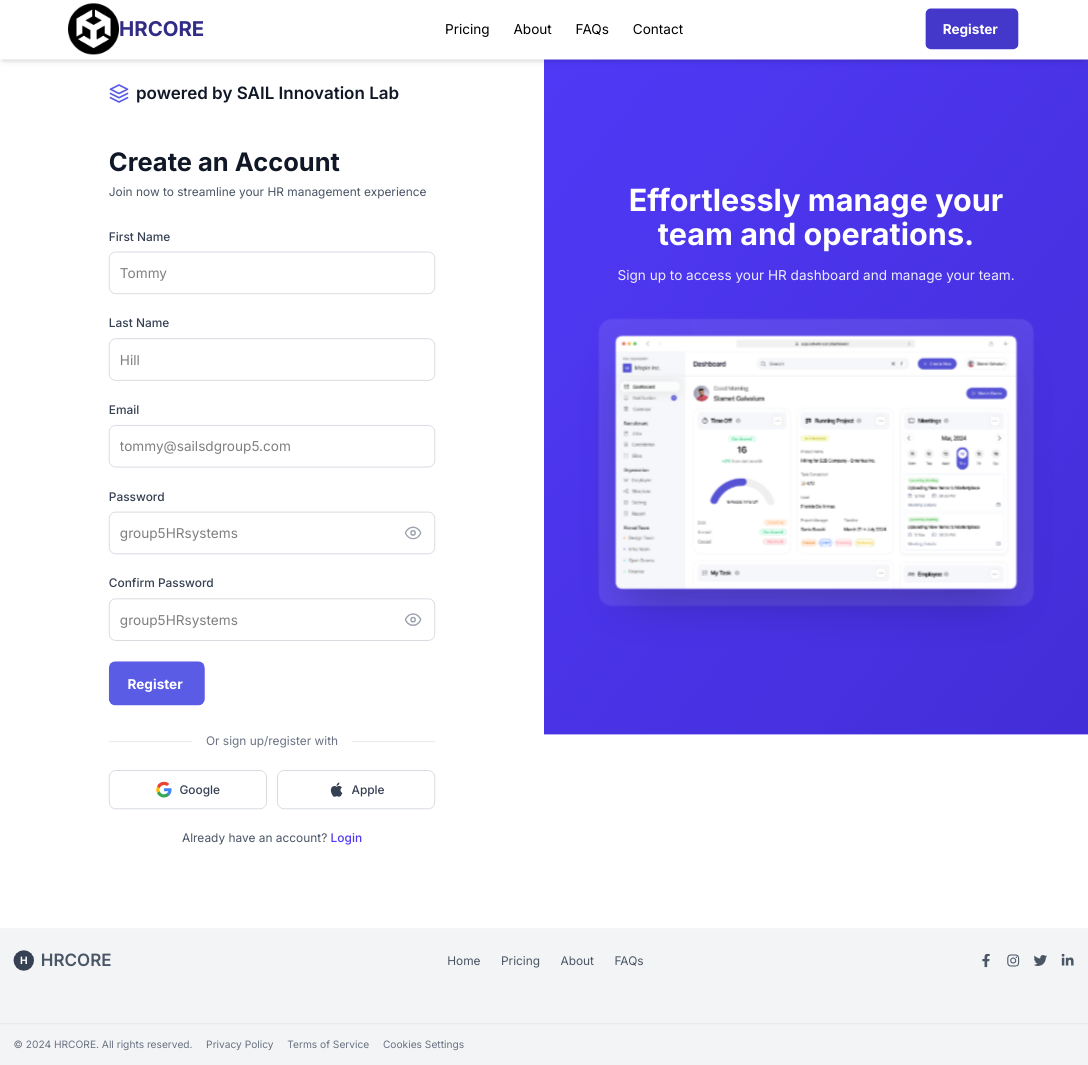
Repository: SAIL-GROUP-5-HR-WEB-APP/HR-WEB
Page: /signup
The author's editor kept a copy of each file at every save. The page is drawn from the files as they stood at one save, then again after the next save.
The browser window is 1280 px wide. The pictures show the whole page, at 85% of full size.
The project was rebuilt for these pictures with package versions that can differ from the ones it lists, and the page was loaded fresh each time. Also part of the build but not shown: vite.config.ts, src/Components/Block/home/Hero.tsx, src/Components/Block/home/Companies.tsx, src/Components/Block/home/Body.tsx, src/Components/Block/home/HowItWorks.tsx, src/Components/Block/home/HowOne.tsx, src/Components/Block/home/HowTwo.tsx, src/Components/Block/home/Testimonial.tsx and 8 more.

Above is the page before, as saved 2025-08-11 09:25:39.

### index.html
<!DOCTYPE html>
<html lang="en">
  <head>
    <meta charset="UTF-8" />
    <link rel="icon" type="image/svg+xml" href="/vite.svg" />
    <meta name="viewport" content="width=device-width, initial-scale=1.0" />
    <title>Vite + React + TS</title>
    <link rel="preconnect" href="https://fonts.googleapis.com" />
    <link rel="preconnect" href="https://fonts.gstatic.com" crossorigin />
    <link
      href="https://fonts.googleapis.com/css2?family=Inter:ital,opsz,wght@0,14..32,100..900;1,14..32,100..900&display=swap"
      rel="stylesheet"
    />
  </head>
  <body>
    <div id="root"></div>
    <script type="module" src="/src/main.tsx"></script>
  </body>
</html>

### src/App.tsx
import React from "react";
import Home from "./Pages/Home";
import About from "./Pages/About";
import Pricing from "./Pages/Pricing";
import Faqs from "./Pages/Faqs";
import { BrowserRouter, Routes, Route } from "react-router-dom";
import Header from "./Static/Header";
import Footer from "./Static/Footer";
import LoginPage from "./Pages/LoginPage";
import SignupPage from "./Pages/SignupPage";
import Onboarding from "./Pages/Onboarding";
import Contact from "./Pages/Contact";

const App = () => {
  return (
    <div>
      <BrowserRouter>
        <Header />
        <Routes>
          <Route path="/" element={<Home />} />
          <Route path="/about" element={<About />} />
          <Route path="/pricing" element={<Pricing />} />
          <Route path="/faqs" element={<Faqs />} />
          <Route path="/login" element={<LoginPage />} />
          <Route path="/signup" element={<SignupPage />} />
          <Route path="/onboarding" element={<Onboarding />} />
          <Route path="/contact" element={<Contact />} />
        </Routes>
        <Footer />
      </BrowserRouter>
    </div>
  );
};

export default App;

### src/index.css
@tailwind base;
@tailwind components;
@tailwind utilities;

@import "tailwindcss";

@theme {
  --breakpoint-tablet: 800px;
  --breakpoint-mobile: 500px;
}

:root {
  line-height: 1.5;
  font-weight: 400;
}

body {
  margin: 0;
  font-family: "Inter", sans-serif;
}

### src/Static/Header.tsx
import React, { useState } from "react";
import { Link } from "react-router-dom";

import { RxHamburgerMenu, RxCross1 } from "react-icons/rx";
import Sidebar from "./Sidebar";
import logo from "../assets/hrlogo.png";
import Button from "../Components/Reuseable/Button";

const Header: React.FC = () => {
  const [toggle, setToggle] = useState(false);

  const handleToggle = () => {
    setToggle((prev) => !prev);
  };

  return (
    <header className="shadow-md h-[70px] fixed top-0 right-0 left-0 bg-white z-40">
      <div className="max-w-[1280px] mx-auto px-20 flex items-center justify-between py-1 ">
        <Link to="/">
          {" "}
          <div className="flex items-center">
            <img src={logo} alt="" className="w-[60px]" />
            <span className="font-bold text-2xl text-indigo-900">HRCORE</span>
          </div>
        </Link>

        <div className="flex gap-7 max-[990px]:hidden ">
          <Link to="/pricing">
            {" "}
            <nav>Pricing</nav>
          </Link>
          <Link to="/about">
            <nav>About</nav>
          </Link>
          <Link to="/faqs">
            {" "}
            <nav>FAQs</nav>
          </Link>
          <Link to="/contact">
            {" "}
            <nav>Contact</nav>
          </Link>
        </div>
        <div className="max-[990px]:hidden ">
          <Link to="/signup">
            <Button
              title="Register"
              bg="#4338CA"
              textColor="white"
              borderColor="white"
              hoverr=" hover:scale-105"
            />
          </Link>
        </div>
        <section className=" hidden max-[990px]:block">
          {toggle ? (
            <RxCross1 size={35} onClick={handleToggle} />
          ) : (
            <RxHamburgerMenu size={35} onClick={handleToggle} />
          )}
        </section>
      </div>
      <div>{toggle && <Sidebar handleToggle={handleToggle} />}</div>
    </header>
  );
};

export default Header;

### src/Pages/SignupPage.tsx
import React, { useState } from 'react';
import Logo from '../Components/Reuseable/Logo';
import PasswordInput from '../Components/Reuseable/PasswordInput';
import SocialButton from '../Components/Reuseable/SocialButton';
import Button from '../Components/Reuseable/Button';

// Define the shape of the form data for type safety
interface FormData {
  firstName: string;
  lastName: string;
  email: string;
  password: string;
  confirmPassword: string;
}

// Main SignupPage component for user registration
const SignupPage: React.FC = () => {
  // State for form inputs
  const [formData, setFormData] = useState<FormData>({
    firstName: '',
    lastName: '',
    email: '',
    password: '',
    confirmPassword: '',
  });

  // State for form errors
  const [errors, setErrors] = useState<Partial<FormData>>({});
  // State for password visibility
  const [showPassword, setShowPassword] = useState(false);
  const [showConfirmPassword, setShowConfirmPassword] = useState(false);
  // State for submission status
  const [submitError, setSubmitError] = useState<string | null>(null);

  // Validate form inputs
  const validateForm = (): boolean => {
    const newErrors: Partial<FormData> = {};
    if (!formData.firstName.trim()) {
      newErrors.firstName = 'First name is required';
    }
    if (!formData.lastName.trim()) {
      newErrors.lastName = 'Last name is required';
    }
    if (!formData.email.trim()) {
      newErrors.email = 'Email is required';
    } else if (!/^[^\s@]+@[^\s@]+\.[^\s@]+$/.test(formData.email)) {
      newErrors.email = 'Invalid email format';
    }
    if (!formData.password) {
      newErrors.password = 'Password is required';
    } else if (formData.password.length < 8) {
      newErrors.password = 'Password must be at least 8 characters';
    }
    if (formData.password !== formData.confirmPassword) {
      newErrors.confirmPassword = 'Passwords do not match';
    }
    setErrors(newErrors);
    return Object.keys(newErrors).length === 0;
  };

  // Handle input changes for form fields
  const handleInputChange = (e: React.ChangeEvent<HTMLInputElement>) => {
    const { name, value } = e.target;
    setFormData((prev) => ({
      ...prev,
      [name]: value,
    }));
    // Clear error for the field being edited
    setErrors((prev) => ({ ...prev, [name]: undefined }));
  };

  // Handle form submission
  const handleSubmit = async (e: React.FormEvent) => {
    e.preventDefault();
    setSubmitError(null);

    if (!validateForm()) {
      return;
    }

    try {
      console.log('Form submitted:', formData);
      // TODO: Replace with API call to backend
      // Example:
      // const response = await fetch('/api/signup', {
      //   method: 'POST',
      //   headers: { 'Content-Type': 'application/json' },
      //   body: JSON.stringify(formData),
      // });
      // if (!response.ok) throw new Error('Signup failed');
      // Redirect to dashboard, e.g.:
      // window.location.href = '/dashboard';
    } catch (error) {
      setSubmitError('An error occurred during signup. Please try again.');
    }
  };

  // Handle Google signup
  const handleGoogleSignup = () => {
    console.log('Signup with Google');
    // TODO: Add Google OAuth integration
  };

  // Handle Apple signup
  const handleAppleSignup = () => {
    console.log('Signup with Apple');
    // TODO: Add Apple OAuth integration
  };

  return (
    // Main container with padding for Header and Footer
    <div className="flex min-h-screen bg-white lg:flex-row flex-col pt-16 pb-16">
      {/* Form Section */}
      <div className="lg:w-1/2 w-full max-w-md mx-auto p-8 flex flex-col justify-center">
        {/* Logo */}
        <div className="mb-12">
          <Logo />
        </div>

        {/* Form Content */}
        <div className="max-w-sm mx-auto w-full">
          {/* Form Header */}
          <div className="mb-8 text-left">
            <h1 className="text-3xl font-bold text-gray-900 mb-2">Create an Account</h1>
            <p className="text-sm text-gray-600">
              Join now to streamline your HR management experience
            </p>
          </div>

          {/* Submission Error */}
          {submitError && (
            <p className="text-sm text-red-500 mb-4" role="alert">
              {submitError}
            </p>
          )}

          {/* Signup Form */}
          <form className="flex flex-col gap-6 mb-8" onSubmit={handleSubmit} noValidate>
            {/* First Name Input */}
            <div className="flex flex-col gap-2">
              <label htmlFor="firstName" className="text-sm font-medium text-gray-700">
                First Name
              </label>
              <input
                type="text"
                id="firstName"
                name="firstName"
                placeholder="Tommy"
                value={formData.firstName}
                onChange={handleInputChange}
                required
                aria-invalid={!!errors.firstName}
                aria-describedby={errors.firstName ? 'firstName-error' : undefined}
                className={`p-3 border ${errors.firstName ? 'border-red-500' : 'border-gray-300'} rounded-lg focus:outline-none focus:ring-2 focus:ring-indigo-500 focus:border-indigo-500 transition`}
              />
              {errors.firstName && (
                <p id="firstName-error" className="text-sm text-red-500 mt-1">
                  {errors.firstName}
                </p>
              )}
            </div>

            {/* Last Name Input */}
            <div className="flex flex-col gap-2">
              <label htmlFor="lastName" className="text-sm font-medium text-gray-700">
                Last Name
              </label>
              <input
                type="text"
                id="lastName"
                name="lastName"
                placeholder="Hill"
                value={formData.lastName}
                onChange={handleInputChange}
                required
                aria-invalid={!!errors.lastName}
                aria-describedby={errors.lastName ? 'lastName-error' : undefined}
                className={`p-3 border ${errors.lastName ? 'border-red-500' : 'border-gray-300'} rounded-lg focus:outline-none focus:ring-2 focus:ring-indigo-500 focus:border-indigo-500 transition`}
              />
              {errors.lastName && (
                <p id="lastName-error" className="text-sm text-red-500 mt-1">
                  {errors.lastName}
                </p>
              )}
            </div>

            {/* Email Input */}
            <div className="flex flex-col gap-2">
              <label htmlFor="email" className="text-sm font-medium text-gray-700">
                Email
              </label>
              <input
                type="email"
                id="email"
                name="email"
                placeholder="tommy@sailsdgroup5.com"
                value={formData.email}
                onChange={handleInputChange}
                required
                aria-invalid={!!errors.email}
                aria-describedby={errors.email ? 'email-error' : undefined}
                className={`p-3 border ${errors.email ? 'border-red-500' : 'border-gray-300'} rounded-lg focus:outline-none focus:ring-2 focus:ring-indigo-500 focus:border-indigo-500 transition`}
              />
              {errors.email && (
                <p id="email-error" className="text-sm text-red-500 mt-1">
                  {errors.email}
                </p>
              )}
            </div>

            {/* Password Input */}
            <PasswordInput
              label="Password"
              id="password"
              name="password"
              placeholder="group5HRsystems"
              value={formData.password}
              onChange={handleInputChange}
              showPassword={showPassword}
              toggleShowPassword={() => setShowPassword(!showPassword)}
              error={errors.password}
            />

            {/* Confirm Password Input */}
            <PasswordInput
              label="Confirm Password"
              id="confirmPassword"
              name="confirmPassword"
              placeholder="group5HRsystems"
              value={formData.confirmPassword}
              onChange={handleInputChange}
              showPassword={showConfirmPassword}
              toggleShowPassword={() => setShowConfirmPassword(!showConfirmPassword)}
              error={errors.confirmPassword}
            />

            {/* Submit Button */}
            <Button
              title="Register"
              bg="#5B5CE6"
              textColor="white"
              borderColor="transparent"
              hoverr="hover:bg-indigo-700"
            />
          </form>

          {/* Divider */}
          <div className="flex items-center my-6">
            <div className="flex-1 h-px bg-gray-200"></div>
            <span className="px-4 text-sm text-gray-500 bg-white">Or sign up/register with</span>
            <div className="flex-1 h-px bg-gray-200"></div>
          </div>

          {/* Social Login Buttons */}
          <div className="flex gap-3 mb-6 lg:flex-row flex-col">
            <SocialButton
              icon={
                <svg width="20" height="20" viewBox="0 0 24 24" aria-hidden="true">
                  <path
                    d="M22.56 12.25c0-.78-.07-1.53-.2-2.25H12v4.26h5.92c-.26 1.37-1.04 2.53-2.21 3.31v2.77h3.57c2.08-1.92 3.28-4.74 3.28-8.09z"
                    fill="#4285F4"
                  />
                  <path
                    d="M12 23c2.97 0 5.46-.98 7.28-2.66l-3.57-2.77c-.98.66-2.23 1.06-3.71 1.06-2.86 0-5.29-1.93-6.16-4.53H2.18v2.84C3.99 20.53 7.7 23 12 23z"
                    fill="#34A853"
                  />
                  <path
                    d="M5.84 14.09c-.22-.66-.35-1.36-.35-2.09s.13-1.43.35-2.09V7.07H2.18C1.43 8.55 1 10.22 1 12s.43 3.45 1.18 4.93l2.85-2.22.81-.62z"
                    fill="#FBBC05"
                  />
                  <path
                    d="M12 5.38c1.62 0 3.06.56 4.21 1.64l3.15-3.15C17.45 2.09 14.97 1 12 1 7.7 1 3.99 3.47 2.18 7.07l3.66 2.84c.87-2.6 3.3-4.53 6.16-4.53z"
                    fill="#EA4335"
                  />
                </svg>
              }
              text="Google"
              onClick={handleGoogleSignup}
            />
            <SocialButton
              icon={
                <svg width="20" height="20" viewBox="0 0 24 24" fill="currentColor" aria-hidden="true">
                  <path d="M18.71 19.5C17.88 20.74 17 21.95 15.66 21.97C14.32 22 13.89 21.18 12.37 21.18C10.84 21.18 10.37 21.95 9.1 22C7.79 22.05 6.8 20.68 5.96 19.47C4.25 17 2.94 12.45 4.7 9.39C5.57 7.87 7.13 6.91 8.82 6.88C10.1 6.86 11.32 7.75 12.11 7.75C12.89 7.75 14.37 6.68 15.92 6.84C16.57 6.87 18.39 7.1 19.56 8.82C19.47 8.88 17.39 10.1 17.41 12.63C17.44 15.65 20.06 16.66 20.09 16.67C20.06 16.74 19.67 18.11 18.71 19.5ZM13 3.5C13.73 2.67 14.94 2.04 15.94 2C16.07 3.17 15.6 4.35 14.9 5.19C14.21 6.04 13.07 6.7 11.95 6.61C11.8 5.46 12.36 4.26 13 3.5Z" />
                </svg>
              }
              text="Apple"
              onClick={handleAppleSignup}
            />
          </div>

          {/* Sign In Link */}
          <div className="text-center text-sm text-gray-600">
            Already have an account?{' '}
            <a href="/login" className="text-indigo-600 font-medium hover:underline">
              Login
            </a>
          </div>
        </div>
      </div>

      {/* Image Section */}
      <div className="lg:w-1/2 w-full bg-gradient-to-br from-indigo-600 to-indigo-700 flex items-center justify-center p-10 h-200 min-h-screen">
        <div className="text-center text-white max-w-lg w-full">
          <h2 className="text-3xl font-bold mb-4 lg:text-4xl">
            Effortlessly manage your team and operations.
          </h2>
          <p className="text-base opacity-90 mb-10">
            Sign up to access your HR dashboard and manage your team.
          </p>
          <div className="bg-white/10 rounded-2xl p-5 backdrop-blur-lg">
            <img
              src="src/assets/dashboard.png"
              alt="Dashboard Preview"
              className="w-full h-auto rounded-lg shadow-2xl"
            />
          </div>
        </div>
      </div>
    </div>
  );
};

export default SignupPage;

### src/Components/Reuseable/Button.tsx
interface ButtonProps {
  title: string;
  bg?: string;
  textColor?: string;
  borderColor?: string;
  hoverr?: string;
  icon?: React.ReactNode;
  hoverColor?: string;
}

const Button: React.FC<ButtonProps> = ({
  title,
  bg,
  textColor,
  borderColor,
  hoverr,
  icon,
  hoverColor,
}) => {
  return (
    <button
      style={{
        backgroundColor: `${bg}`,
        color: `${textColor}`,
        border: `2px solid ${borderColor}`,
      }}
      className={`px-5 py-3 rounded-lg flex items-center w-max transition-all duration-300 ${hoverr} font-bold cursor-pointer hover:${hoverColor}`}
    >
      <span> {title}</span>
      <span className="ml-1">{icon}</span>
    </button>
  );
};

export default Button;

### src/Components/Reuseable/Logo.tsx
import React, { memo } from 'react';

// Logo component for consistent branding across the HR-WEBAPP
const Logo: React.FC = () => {
  return (
    // Flex container for logo icon and text, with ARIA label for accessibility
    <div className="flex items-center gap-2" aria-label="Group5 HR logo">
      {/* SVG Logo Icon */}
      <svg width="24" height="24" viewBox="0 0 24 24" fill="none" aria-hidden="true">
        <path
          d="M12 2L2 7L12 12L22 7L12 2Z"
          stroke="#5B5CE6"
          strokeWidth="2"
          strokeLinecap="round"
          strokeLinejoin="round"
        />
        <path
          d="M2 17L12 22L22 17"
          stroke="#5B5CE6"
          strokeWidth="2"
          strokeLinecap="round"
          strokeLinejoin="round"
        />
        <path
          d="M2 12L12 17L22 12"
          stroke="#5B5CE6"
          strokeWidth="2"
          strokeLinecap="round"
          strokeLinejoin="round"
        />
      </svg>
      {/* Logo Text */}
      <span className="text-xl font-semibold text-gray-900">powered by SAIL Innovation Lab</span>
    </div>
  );
};

export default memo(Logo); // Memoize to prevent unnecessary re-renders

### src/Components/Reuseable/PasswordInput.tsx
import React, { memo } from 'react';

// Props interface for type safety
interface PasswordInputProps {
  label: string;
  id: string;
  name: string;
  placeholder: string;
  value: string;
  onChange: (e: React.ChangeEvent<HTMLInputElement>) => void;
  showPassword: boolean;
  toggleShowPassword: () => void;
  error?: string; // Optional error message for validation
}

// Reusable PasswordInput component with toggleable visibility
const PasswordInput: React.FC<PasswordInputProps> = ({
  label,
  id,
  name,
  placeholder,
  value,
  onChange,
  showPassword,
  toggleShowPassword,
  error,
}) => {
  return (
    // Flex container for label, input, and error message
    <div className="flex flex-col gap-2">
      <label htmlFor={id} className="text-sm font-medium text-gray-700">
        {label}
      </label>
      <div className="relative">
        {/* Password Input Field with ARIA attributes */}
        <input
          type={showPassword ? 'text' : 'password'}
          id={id}
          name={name}
          placeholder={placeholder}
          value={value}
          onChange={onChange}
          required
          aria-invalid={!!error}
          aria-describedby={error ? `${id}-error` : undefined}
          className={`p-3 border ${error ? 'border-red-500' : 'border-gray-300'} rounded-lg w-full focus:outline-none focus:ring-2 focus:ring-indigo-500 focus:border-indigo-500 transition`}
        />
        {/* Password Visibility Toggle Button */}
        <button
          type="button"
          onClick={toggleShowPassword}
          aria-label={showPassword ? 'Hide password' : 'Show password'}
          className="absolute right-3 top-1/2 transform -translate-y-1/2 p-1 hover:opacity-70"
        >
          <svg width="20" height="20" viewBox="0 0 24 24" fill="none" aria-hidden="true">
            <path
              d="M1 12S5 4 12 4S23 12 23 12S19 20 12 20S1 12 1 12Z"
              stroke="#9CA3AF"
              strokeWidth="2"
              strokeLinecap="round"
              strokeLinejoin="round"
            />
            <circle cx="12" cy="12" r="3" stroke="#9CA3AF" strokeWidth="2" />
          </svg>
        </button>
      </div>
      {/* Error Message */}
      {error && (
        <p id={`${id}-error`} className="text-sm text-red-500 mt-1">
          {error}
        </p>
      )}
    </div>
  );
};

export default memo(PasswordInput); // Memoize to prevent unnecessary re-renders

### src/Components/Reuseable/SocialButton.tsx
import React, { memo } from 'react';

// Props interface for type safety
interface SocialButtonProps {
  icon: React.ReactNode;
  text: string;
  onClick: () => void;
}

// Reusable SocialButton component for social login buttons
const SocialButton: React.FC<SocialButtonProps> = ({ icon, text, onClick }) => {
  return (
    // Button with flex layout, ARIA label for accessibility
    <button
      type="button"
      onClick={onClick}
      aria-label={`Sign up with ${text}`}
      className="flex-1 flex items-center justify-center gap-2 p-3 border border-gray-300 rounded-lg text-sm font-medium text-gray-700 hover:border-gray-400 hover:shadow-sm transition"
    >
      {icon}
      {text}
    </button>
  );
};

export default memo(SocialButton); // Memoize to prevent unnecessary re-renders

Loaded but not shown: src/main.tsx (common file); src/Static/Footer.tsx (72 lines, source omitted)

After the next save:
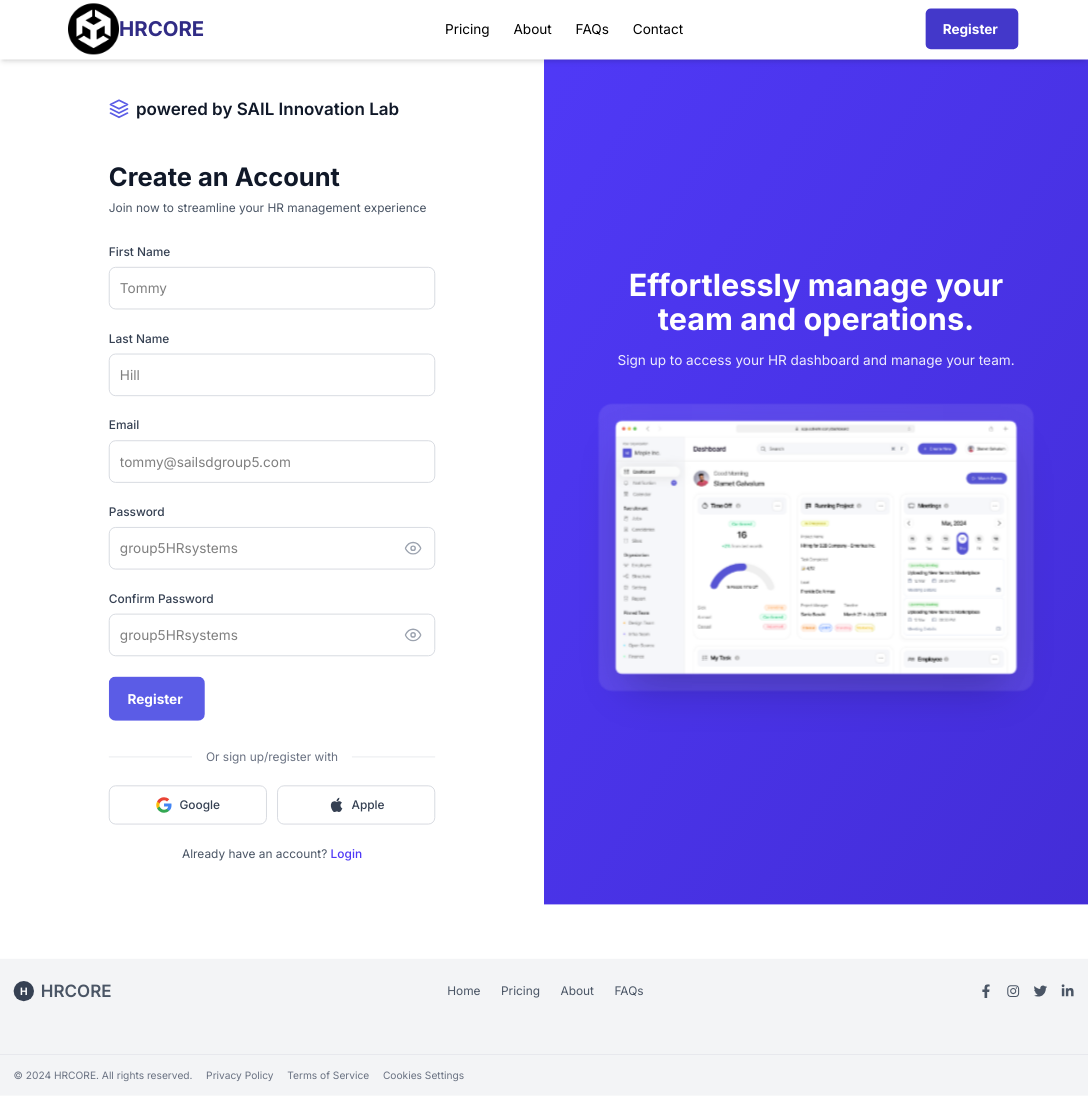
Saved 9 s later.
--- a/src/Pages/SignupPage.tsx
+++ b/src/Pages/SignupPage.tsx
@@ -299,7 +299,7 @@ const SignupPage: React.FC = () => {
       </div>
 
       {/* Image Section */}
-      <div className="lg:w-1/2 w-full bg-gradient-to-br from-indigo-600 to-indigo-700 flex items-center justify-center p-10 h-200 min-h-screen">
+      <div className="lg:w-1/2 w-full bg-gradient-to-br from-indigo-600 to-indigo-700 flex items-center justify-center p-10 h-250 min-h-screen">
         <div className="text-center text-white max-w-lg w-full">
           <h2 className="text-3xl font-bold mb-4 lg:text-4xl">
             Effortlessly manage your team and operations.
